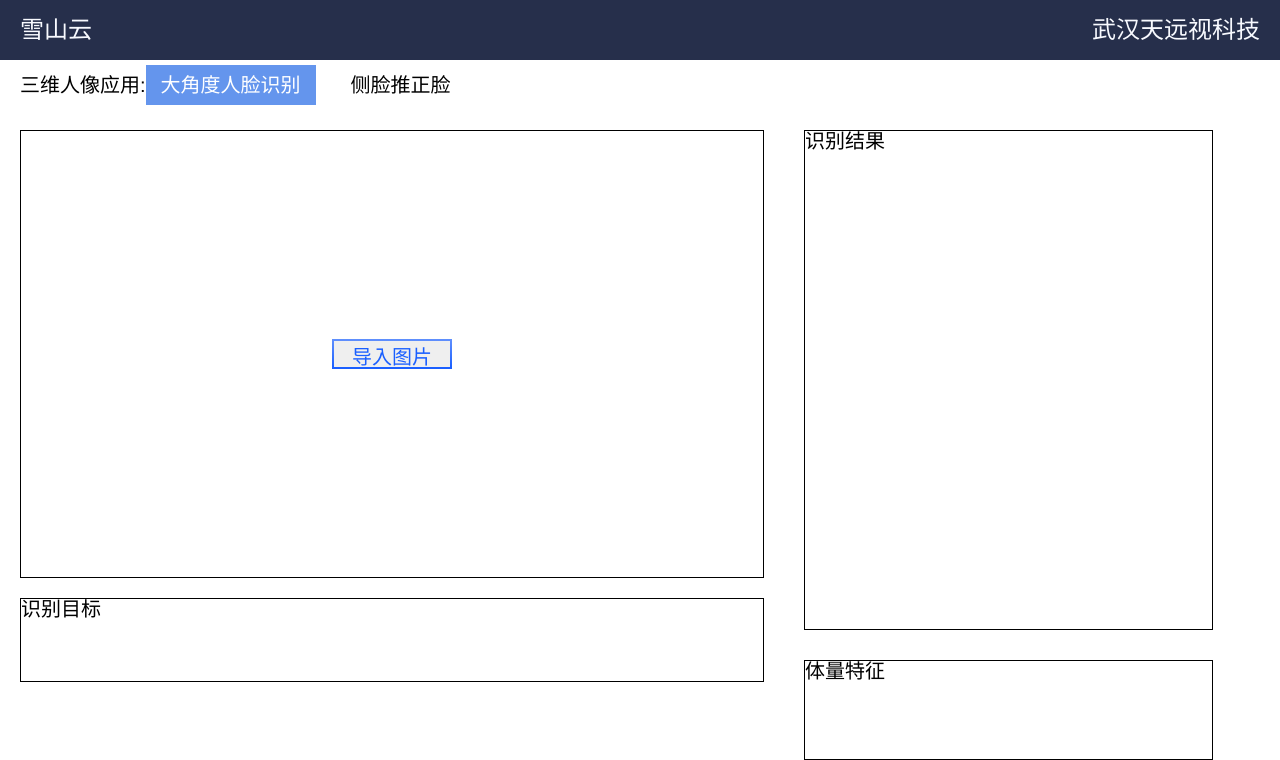
Repository: fyt2020/pubilcDemlo
Page: /
The author's editor kept a copy of each file at every save. The page is drawn from the files as they stood at one save, then again after the next save.
The browser window is 1280 px wide. The pictures show the whole page.
The project was rebuilt for these pictures with package versions that can differ from the ones it lists, and the page was loaded fresh each time.

Above is the page before, as saved 2020-04-28 10:21:58.

### index.html
<!DOCTYPE html>
<html>
  <head>
    <meta charset="utf-8">
    <meta name="viewport" content="width=device-width,initial-scale=1.0">
    <title>pubilcdemo</title>
    <script src="./static/config.js"></script>
    <script src="./static/main.js"></script>
  </head>
  <body>
    <div id="app"></div>
    <!-- built files will be auto injected -->
  </body>
</html>

### src/main.js
// The Vue build version to load with the `import` command
// (runtime-only or standalone) has been set in webpack.base.conf with an alias.
import Vue from 'vue'
import App from './App'
import router from './router'
import '@/assets/css/reset.css'
import axios from '@/plugins/axios';

Vue.config.productionTip = false
Vue.prototype.$http = axios;
/* eslint-disable no-new */
new Vue({
  el: '#app',
  router,
  components: { App },
  template: '<App/>'
})

### src/router/index.js
import Vue from 'vue'
import Router from 'vue-router'
import Home from '@/pages/Home'

Vue.use(Router)

export default new Router({
  linkExactActiveClass: "exactActive",
  linkActivesClass: "active",
  routes: [
    {
      path: '/',
      name: 'home',
      component: Home,
      meta:{
        needTooken:false
      },
      redirect:'/bigAngle',
      children:[
        {
          path: 'bigAngle',
          name: 'bigAngle',
          component: () => import("@/pages/bigAngle"),
          meta:{
            needTooken:false
          },

        },
        {
          path: 'face',
          name: 'face',
          component: () => import("@/pages/face"),
          meta:{
            needTooken:false
          },

        }

      ]
    }
  ]
})

### src/assets/css/reset.css
@charset "UTF-8";
/**
 * @desc pc端常用reset.css
 * @author archer
 * @date 2018-08-26
 */
html,body,div,p,ul,li,dl,dt,dd,em,i,span,a,img,input,h1,h2,h3,h4,h5,nav,section,footer,header,table,tr,th,td,ul,li{margin:0;padding:0;box-sizing: border-box;}
h1,h2,h3,h4,h5,h6{font-weight:normal}
i,em,b{font-style:normal}
article,aside,details,figcaption,figure,footer,header,menu,nav,section {display: block;}
a,img,input {border:none;}
a {text-decoration:none;}
a:hover, a:active {outline: none;}
ul,li{list-style: none}
button,input,select,textarea{font-size:100%;outline:none}
table{border-collapse:collapse;border-spacing:0}
html, body {width: 100%;height: 100%;}
body{font-family:"Helvetica Neue",Helvetica, Arial,sans-serif; font-size: 14px;line-height:1}

### src/pages/Home.vue
<template>
  <div class="home">
      <div class="header">
           <div class="header__left">
                <img src="" alt="">
                <span>雪山云</span>
           </div>
           <div class="header__right">
                <span>武汉天远视科技</span>
           </div>
      </div>
      <div class="navigation">
            <span>三维人像应用:</span>
            <router-link tag="li" :to="{name:'bigAngle'}" class="navigation__item">大角度人脸识别</router-link>
            <router-link tag="li" :to="{name:'face',params:{id:'self'}}" class="navigation__item">侧脸推正脸</router-link>
      </div>

      <div class="content">
         <router-view />
      </div>

  </div>
</template>

<script>
export default {
  data() {
    return {};
  },
  computed: {},
  created() {

  },
  mounted() {

  },
  methods: {

  },
  components: {}
};
</script>

<style lang="scss" scoped>
@import "@/assets/css/home.scss";
</style>

### src/pages/bigAngle.vue
<template>
  <div class="bigAngle">
    <div class="bigAngle__left">
      <div class="left__top">
        <img :src="uploadImgUrl" alt class="uploadImg" v-if="uploadImgUrl" />
        <img
          src="../assets/img/delete.png"
          alt
          class="delete__img"
          v-show="closeKey"
          @click="close"
        />
        <button class="btn" @click="uploadFile2" v-if="btnKey">
          导入图片
          <form
            name="fileList"
            id="fileList"
            action="uploadURL"
            method="POST"
            enctype="multipart/form-data"
            class="file"
          >
            <input
              type="file"
              hidden
              @change="beforeUploadFile2($event)"
              id="upload_file2"
              class="file-inp"
            />
          </form>
        </button>
      </div>
      <div class="left__bottom">
        <span class="left__bottomT">识别目标</span>
        <ul class="recg__box">
          <li class="recg__item" v-for="item in angleImg" :key="item.id">
            <img :src="item.src" alt class="recg__itemImg"/>
          </li>
        </ul>
      </div>
    </div>
    <div class="bigAngle__right">
      <div class="right__top">
        <span class="right__topT">识别结果</span>
        <div id="WebGL-output"></div>
        <ul class="info__box" v-if="infoObj.collectNo">
          <li class="info__item">
            <span class="info__iteml">采集编号:</span>
            <span class="info__itemr">{{infoObj.collectNo}}</span>
          </li>
          <li class="info__item">
            <span class="info__iteml">性别:</span>
            <span class="info__itemr">{{infoObj.sex}}</span>
          </li>
          <li class="info__item">
            <span class="info__iteml">证件号:</span>
            <span class="info__itemr">{{infoObj.idNo}}</span>
          </li>
          <li class="info__item">
            <span class="info__iteml">采集时间:</span>
            <span class="info__itemr">{{infoObj.time}}</span>
          </li>
        </ul>
      </div>
      <div class="right__bottom">
           <span class="right__topT">体量特征</span>
           <ul class="tl__box" v-if="charData.length>0">
               <li class="tl__item" v-for="item in charData" :key="item.value">
                   <span class="tl__iteml same">{{item.title}}</span>
                   <span class="tl__itemr same">{{item.value}}</span>
               </li>
           </ul>
      </div>
    </div>
  </div>
</template>

<script>
import axios from 'axios'
export default {
  props: {},
  data() {
    return {
      btnKey: true,
      uploadImgUrl: "",
      closeKey: false,
      camera: null,
      renderer: null,
      boxHelper: null,
      animationId: null,
      modelObj: null,
      scene: null,
      infoObj: {
          collectNo:'',
          sex:'',
          time:'',
          idNo:''
      },
      charData:[],
      angleImg:[],

      source: 0
    };
  },
  computed: {},
  created() {},
  mounted() {},
  watch: {},
  methods: {
    close() {
      console.log($('#WebGL-output'))
      $('#WebGL-output').empty();
      this.uploadImgUrl = "";
      this.closeKey = false;
      this.btnKey = true;
      this.angleImg = [];
      this.charData =[];
      this.infoObj = {
          collectNo:'',
          sex:'',
          time:'',
          idNo:''
      },
      this.removeEntity(this.modelObj);
    },
    uploadFile2() {
      let file = document.getElementById("upload_file2");
      file.click();
    },
    beforeUploadFile2(e) {
      let VM = this;
      let files = e.target.files[0];
      let nameArr = e.target.files[0].name.split(".");
      let len = nameArr.length;
      let startName = e.target.files[0].name.split(".")[0];
      let endName = nameArr[len - 1];
      if (
        endName != "jpg" &&
        endName != "png" &&
        endName != "jpeg" &&
        endName != "JPG" &&
        endName != "PNG" &&
        endName != "JPEG"
      ) {
        VM.$Message.error(`上传图片格式不是jpg或png!`);
        return;
      }
      if (!files) {
        return;
      }
      this.btnKey = false;
      this.closeKey = true;
      let reader = new FileReader();
      reader.onloadend = function() {
        VM.uploadImgUrl = reader.result;
      };
      reader.readAsDataURL(files);
      this.angleImg = [{id:Math.floor(Math.random*100),src:`../../static/data/${startName}/${startName}_angle.jpg`}];
      this.INIT(400, 400, startName);
      this.getInfo(startName);
    },

    INIT(width, height, name) {
      let VM = this;
      //场景构建
      VM.scene = new THREE.Scene();
      //相机构建
      VM.camera = new THREE.PerspectiveCamera(45, width / height, 0.1, 2000); //四个参数 视场角 方向 最近距 最远距  fov对应着图中的视角，是上下两面的夹角。aspect是近平面的宽高比。
      // camera.lookAt( new THREE.Vector3(0, 0, 0));
      //渲染器构建
      VM.renderer = new THREE.WebGLRenderer({
        antialias: true
      });

      //设置背景颜色
      VM.renderer.setClearColor(0x484b5f);
      //三个参数 width height updateStyle第三个选填
      VM.renderer.setSize(width, height);
      //激活阴影
      VM.renderer.shadowMapEnabled = true;
      //添加材质灯光阴影
      var ambiColor = "ffffff";
      var ambientLight = new THREE.AmbientLight(ambiColor);
      VM.scene.add(ambientLight);

      //添加坐标系
      // var axes = new THREE.AxisHelper(100);
      // scene.add(axes);

      //添加网格
      // var helper = new THREE.GridHelper( 1000, 50 ,0x0000ff, 0xff8080);
      // scene.add(helper);
      VM.boxHelper = new THREE.BoxHelper();

      var controls = new THREE.OrbitControls(VM.camera, VM.renderer.domElement);
      //controls.target = new THREE.Vector3(0, 0, 0);
      // 使动画循环使用时阻尼或自转 意思是否有惯性
      controls.enableDamping = true;
      //动态阻尼系数 就是鼠标拖拽旋转灵敏度
      controls.dampingFactor = 0.25;
      //是否可以缩放
      controls.enableZoom = true;
      //是否自动旋转
      controls.autoRotate = false;
      //设置相机距离原点的最近距离
      //controls.minDistance = 200;
      //设置相机距离原点的最远距离
      //controls.maxDistance = 600;
      //是否开启右键拖拽
      controls.enablePan = true;
      //上下旋转范围
      controls.minPolarAngle = 0;
      controls.maxPolarAngle = Math.PI * (90 / 180);
      //左右旋转范围
      controls.minAzimuthAngle = -Math.PI * (60 / 180);
      controls.maxAzimuthAngle = Math.PI * (60 / 180);

      controls.panSpeed = 0.2;
      controls.rotateSpeed = 0.1;
      //模型
      var onProgress = function(xhr) {
        // if (xhr.lengthComputable) {
        //   //可计算的长度
        //   var percentCompvare = (xhr.loaded / xhr.total) * 100; //加载程度百分比
        //   var elem = document.getElementById("myBar");
        //   var width = parseInt(percentCompvare);
        //   elem.style.width = width + "%";
        //   $(".loading").text("正在下载:" + parseInt(percentCompvare) + "%");
        // }
      };
      var onError = function(xhr) {
        // $(".loading")
        //   .show()
        //   .text("下载失败");
        return;
      };

      var modelPath = `../../static/data/${name}`;
      var objLoader = new THREE.OBJLoader2();
      var callbackOnLoad = function(event) {
        VM.modelObj = event.detail.loaderRootNode;
        VM.modelObj.name = `${name}`;
        VM.modelObj.scale.set(1.9, 1.9, 1.9);
        VM.modelObj.children[0].geometry.computeBoundingBox();
        VM.modelObj.rotation.x = THREE.Math.degToRad(-88);
        VM.modelObj.children[0].geometry.center();
        VM.boxHelper.setFromObject(VM.modelObj);
        let center = VM.boxHelper.geometry.boundingSphere.center;
        let radius = VM.boxHelper.geometry.boundingSphere.radius;
        let cameraPos = new THREE.Vector3(
          center.x + VM.modelObj.position.x,
          center.y + VM.modelObj.position.y,
          radius * 2.2 + center.z + VM.modelObj.position.z
        );
        let lookPos = new THREE.Vector3(
          center.x + VM.modelObj.position.x,
          center.y + VM.modelObj.position.y,
          center.z + VM.modelObj.position.z
        );
        VM.camera.position.copy(cameraPos);
        controls.target = lookPos;
        VM.camera.lookAt(lookPos);
        VM.scene.add(VM.modelObj);
      };
      let typeObj = VM.source == "1" ? "textured" : "cut";
      objLoader.loadMtl(modelPath + `/${typeObj}_mesh.mtl`, null, function(
        materialCreator
      ) {
        materialCreator[`${typeObj}_mesh`].opacity = 1; // new THREE.Color(1,1,1)
        objLoader.setMaterials(materialCreator);
        objLoader.setLogging(true, true);
        objLoader.load(
          modelPath + `/${typeObj}_mesh.obj`,
          callbackOnLoad,
          onProgress,
          onError,
          null,
          false
        );
      });
      VM.camera.lookAt(VM.scene.position);
      //在页面上添加渲染器，dom元素
      $("#WebGL-output").append(VM.renderer.domElement);
      renderScene();
      VM.getModelTxt(name);
      function renderScene() {
        var clock = new THREE.Clock();
        var delta = clock.getDelta(); //三角点
        controls.update();
        VM.camera.updateProjectionMatrix();
        VM.animationId = requestAnimationFrame(renderScene); //请求动画框架
        VM.renderer.render(VM.scene, VM.camera);
      }
    },
    clearRenderer() {
      let VM = this;
      VM.renderer.dispose();
      VM.renderer.forceContextLoss();
      VM.renderer.context = null;
      VM.renderer.domElement = null;
      VM.renderer = null;
    },
    getModelTxt(name) {
      let VM = this;
      let id = new Date().getTime();
      let params = {
        headers: {
          "Content-Type": "text/plain;charset=utf-8"
        },
        responseType: "text/json",
        inCharset: "utf-8",
        outCharset: "utf-8",
        timeout: 30000,
        random: id
      };
      axios
        .get(
          `../../static/data/${name}/face_points_distance.txt`,
        )
        .then(function(res) {
            let newData = res.data.split("\r\n");
            let len = newData.length;
            for (var i = 0; i < len; i++) {
              let obj = {};
              if (newData[i]) {
                let k = newData[i].split(":")[0];
                let v = newData[i].split(":")[1];
                obj['title'] = k;
                obj['value'] = v;
              }
              VM.charData.push(obj)
            }
        })
        .catch(function(error) {
          console.log(error);
        });
    },
    getInfo(name) {
      let VM = this;
      this.$http.api
        .get(`../../static/data/${name}/${name}.json`)
        .then(function(res) {
          if (res.data.code === 0) {
            let data = res.data.result;
            VM.infoObj = data
          }
        })
        .catch(function(error) {
          console.log(error);
        });
    },
    //移除模型
    removeEntity(object) {
      let selectedObject = this.scene.getObjectByName(object.name);
      // console.log('renderer.renderLists',this.renderer.renderLists)
      selectedObject.traverse(function(item) {
        if (item instanceof THREE.Mesh) {
          item.geometry.dispose(); //删除几何体
          //item.material.dispose(); //删除材质
          if (Array.isArray(item.material)) {
            item.material.forEach(function(i) {
              i.dispose(); //删除材质
            });
          } else {
            item.material.dispose();
          }
        }
      });
      this.scene.remove(selectedObject);
      this.renderer.dispose();
      this.renderer.clear();
      this.renderer.renderLists.dispose();
      this.modelObj = null;
      THREE.Cache.clear();
    }
  },
  beforeDestroy() {},
  components: {}
};
</script>

<style scoped lang="scss">
@import "@/assets/css/bigAngle.scss";
</style>

### src/assets/css/home.scss
.home{
    font-size: 20px;
    width: 100vw;
    height: 100vh;
    .header{

        width: 100%;
        height: 60px;
        background-color: #262f4b;
        display: flex;
        align-items: center;
        color:  #f8faff;;
        justify-content: space-between;
        padding: 0 20px;
        font-size: 24px;
        .header__left{
            height: 100%;
            display: flex;
            align-items: center;
        }
        .header__right{
            height: 100%;
            display: flex;
            align-items: center;
        }
    }
    .navigation{
        width: 100%;
        height: 50px;
        display: flex;
        align-items: center;
        box-sizing: border-box;
        padding: 0 20px;
        &__item{
            height: 40px;
            line-height: 40px;
            box-sizing: border-box;
            padding: 0 15px;
            margin-right: 20px;
        }
        &__item.exactActive{
             display: flex;
             background-color: cornflowerblue;
             color: #fff;
        }
    }
    .content{
        height: calc(100% - 120px);
        width: 100%;
        padding: 20px;
    }
}

### src/assets/css/bigAngle.scss
.bigAngle{
     display: flex;
     width: 100%;
     height: 100%;
     .bigAngle__left{
        width: 60%;
        height: 100%;
        margin-right: 40px;
        display: flex;
        flex-direction: column;
        .left__top{
             width: 100%;
             height: 80%;
             border: 1px solid black;
             margin-bottom: 20px;
             display: flex;
             align-items: center;
             justify-content: center;
             position: relative;
             .uploadImg{
                height: 100%;
             }
             .delete__img{
                position: absolute;
                width: 36px;
                height: 36px;
                right: 20px;
                top:20px;
                transition: all 0.1 linear;
                z-index: 2100;
                cursor: pointer;
             }
             .btn{
                 position: absolute;
                 outline: none;
                 border-style: solid;
                 border-width: 2px;
                 border-image-source: linear-gradient(0deg,#1a5fff 0%, #5f8ffd 100%);
                 border-image-slice: 1;
                 width: 120px;
                 height: 30px;
                 line-height: 30px;
                 color: #1a5fff;
                 border-radius: 6px;
                 z-index: 9999;
             }
        }
        .left__bottom{
            width: 100%;
            height: 15%;
            border: 1px solid black;
            .left__bottom{

            }
            .recg__box{

                display: flex;
                align-items: center;
                justify-content: flex-start;
                .recg__item{
                    width: 100px;
                    height: 100px;
                    .recg__itemImg{

                        height: 100%;
                    }
                }
            }
        }
     }
     .bigAngle__right{
        width: 33%;
        height: 100%;


        .right__top{
            border: 1px solid black;
            width: 100%;
            height: 500px;
            position: relative;
            margin-bottom: 30px;
            .right__topT{

            }
            #WebGL-output{
                width: 400px;
                height: 400px;
            }
            .info__box{
                position: absolute;
                right: 0;
                bottom: 0;
                width: 300px;
                height: 200px;
                background-color: black;
                display: flex;
                flex-direction: column;

                color: blanchedalmond;


            }
        }
        .right__bottom{

            border: 1px solid black;
            width: 100%;
            height: 100px;
            .right__topT{

            }
            .tl__box{
                display: flex;

                .tl__item{



                 .same{




                 }
                 .tl__iteml{

                 }
                 .tl__itemr{

                 }
                }
            }


        }

     }
}

### static/config.js
window.BASEURL = {
     type:'id',

     imgUrl__collectNo:'srlp1576136811447'
};

Loaded but not shown: src/App.vue (common file); src/plugins/axios.js (library)

After the next save:
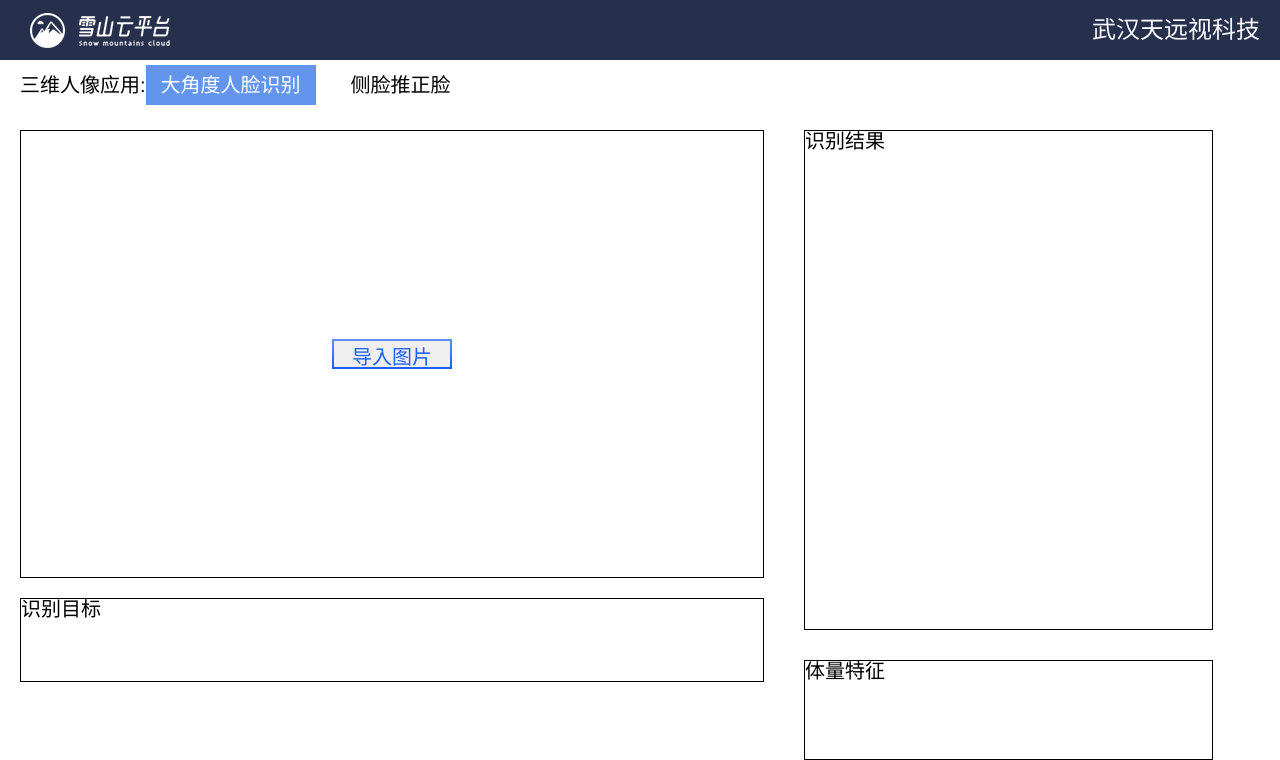
Saved 55 s later.
--- a/src/pages/Home.vue
+++ b/src/pages/Home.vue
@@ -2,8 +2,8 @@
   <div class="home">
       <div class="header">
            <div class="header__left">
-                <img src="" alt="">
-                <span>雪山云</span>
+                <img src="../assets/img/logo1.png" alt="">
+
            </div>
            <div class="header__right">
                 <span>武汉天远视科技</span>
